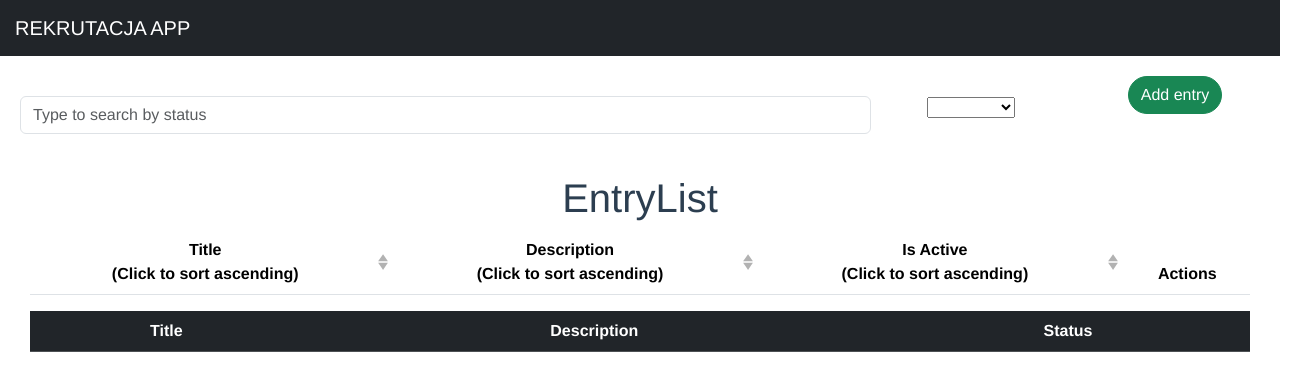
Repository: Madaless/vue_elastic
Page: / (app in vuejsapp/crudapp/)
These files come from the project's save history. The page is drawn as it stood at one moment and after the next save; the edit follows.
The browser window is 1280 px wide. The page is 1292 px wide, so the pictures cover 1292 px, including what lies to the right of the window. The pictures show the whole page.
The page's requests for data from a server got no answer. The project was rebuilt for these pictures with package versions that can differ from the ones it lists, and the page was loaded fresh each time. No one was signed in, and anything a server would have sent is missing.

Above is the page before, as saved 2021-09-12 17:23:28.

### vuejsapp/crudapp/src/main.js
import Vue from 'vue'
import App from './App.vue'
import store from  './store/index'
import { BootstrapVue, IconsPlugin } from 'bootstrap-vue'

// Import Bootstrap an BootstrapVue CSS files (order is important)
import 'bootstrap/dist/css/bootstrap.css'
import 'bootstrap-vue/dist/bootstrap-vue.css'

// Make BootstrapVue available throughout your project
Vue.use(BootstrapVue)
// Optionally install the BootstrapVue icon components plugin
Vue.use(IconsPlugin)

Vue.config.productionTip = false

new Vue({
  store,
  render: h => h(App),
}).$mount('#app')

### vuejsapp/crudapp/src/App.vue
<template>
  <div id="app">
    <b-navbar class="navbar navbar-expand navbar-dark bg-dark">
      <b-navbar-brand id="header" href="#">REKRUTACJA APP</b-navbar-brand>
    </b-navbar>

    <b-row id = "filterEntry">
      <b-col sm="10"><FilterEntry /></b-col>
      <b-col sm="2"><AddEntry /></b-col>
    </b-row>

    <EntryList />
  </div>
</template>

<script>
import AddEntry from "./components/AddEntry.vue";
import FilterEntry from "./components/FilterEntry.vue";
import EntryList from "./components/EntryList.vue";

export default {
  name: "App",
  components: {
    AddEntry,
    FilterEntry,
    EntryList,
  },
};
</script>

<style>
#app {
  font-family: Avenir, Helvetica, Arial, sans-serif;
  -webkit-font-smoothing: antialiased;
  -moz-osx-font-smoothing: grayscale;
  text-align: center;
  color: #2c3e50;
}
#header {
  padding-left: 15px;
}

#filterEntry {
    padding-top: 20px;
    padding-bottom: 20px;
    padding-left: 10px;
    padding-right: 10px;
}
</style>

### vuejsapp/crudapp/src/store/index.js
import Vuex from 'vuex';
import Vue from 'vue';
import entryList from './modules/entryList';

Vue.use(Vuex);

export default new Vuex.Store({
    modules: {
        entryList
    }
})

### vuejsapp/crudapp/src/components/AddEntry.vue
<template>
  <div>
    <b-button pill block variant="success">Add entry</b-button>
  </div>
</template>

<script>
export default {
  setup() {},
};
</script>

<style scoped>
</style>

### vuejsapp/crudapp/src/components/FilterEntry.vue
<template>
  <div>
    <b-row id="filterEntry">
      <b-col sm="10">
        <b-form-input
          id="filter-input"
          v-model="filter"
          type="search"
          placeholder="Type to search by status"
        ></b-form-input>
      </b-col>
      <b-col sm="2">
        <b-form-select
          id="sort-by-select"
          v-model="sortBy"
          :options="sortOptions"
          :aria-describedby="ariaDescribedby"
        >
          <template #first>
            <option value="">-- none --</option>
          </template>
        </b-form-select>
      </b-col>
    </b-row>
  </div>
</template>

<script>
export default {
  setup() {},
  data() {
    return {
      sortOptions: ["no", "yes"],
    };
  },
};
</script>

<style scoped>
</style>

### vuejsapp/crudapp/src/components/EntryList.vue
<template>
  <div id="entryList">
    <h1>EntryList</h1>

    <div class="todos">
      <b-table :items="entryList" :fields="fields">
        <template #cell(name)="row">
          {{ row.value.first }} {{ row.value.last }}
        </template>

        <template #cell(actions)="row">
          <b-button
            pill
            size="sm"
            @click="info(row.item, row.index, $event.target)"
            class="mr-1"
          >
            Info modal
          </b-button>
          <b-button size="sm" pill @click="row.toggleDetails">
            {{ row.detailsShowing ? "Hide" : "Show" }} Details
          </b-button>
          <b-button size="sm" pill block variant="danger"
            >Delete entry</b-button>
        </template>

        <template #row-details="row">
          <b-card>
            <ul>
              <li v-for="(value, key) in row.item" :key="key">
                {{ key }}: {{ value }}
              </li>
            </ul>
          </b-card>
        </template>
      </b-table>
      <table class="table table-striped table-dark">
        <thead>
          <tr>
            <th>Title</th>
            <th>Description</th>
            <th>Status</th>
          </tr>
        </thead>
        <tbody>
          <tr v-for="entry in entryList" v-bind:key="entry.key">
            <td>{{ entry.title }}</td>
          </tr>
        </tbody>
      </table>
    </div>
  </div>
</template>

<script>
import { mapGetters, mapActions } from "vuex";

export default {
  name: "EntryList",
  methods: {
    ...mapActions(["fetchEntryList"]),
  },
  computed: mapGetters(["entryList"]),
  created() {
    this.fetchEntryList();
  },
  data() {
    return {
      items: [
        {
          isActive: true,
          age: 40,
          name: { first: "Dickerson", last: "Macdonald" },
        },
        { isActive: false, age: 21, name: { first: "Larsen", last: "Shaw" } },
        {
          isActive: false,
          age: 9,
          name: { first: "Mini", last: "Navarro" },
          _rowVariant: "success",
        },
        { isActive: false, age: 89, name: { first: "Geneva", last: "Wilson" } },
        { isActive: true, age: 38, name: { first: "Jami", last: "Carney" } },
        { isActive: false, age: 27, name: { first: "Essie", last: "Dunlap" } },
        { isActive: true, age: 40, name: { first: "Thor", last: "Macdonald" } },
        {
          isActive: true,
          age: 87,
          name: { first: "Larsen", last: "Shaw" },
          _cellVariants: { age: "danger", isActive: "warning" },
        },
        { isActive: false, age: 26, name: { first: "Mitzi", last: "Navarro" } },
        {
          isActive: false,
          age: 22,
          name: { first: "Genevieve", last: "Wilson" },
        },
        { isActive: true, age: 38, name: { first: "John", last: "Carney" } },
        { isActive: false, age: 29, name: { first: "Dick", last: "Dunlap" } },
      ],
      fields: [
        {
          key: "title",
          label: "Title",
          sortable: true,
          sortDirection: "desc",
        },
        {
          key: "description",
          label: "Description",
          sortable: true,
          class: "text-center",
        },
        {
          key: "isActive",
          label: "Is Active",
          formatter: (value) => {
            return value ? "Yes" : "No";
          },
          sortable: true,
          sortByFormatted: true,
          filterByFormatted: true,
        },
        { key: "actions", label: "Actions" },
      ],
    };
  },
};
</script>

<style scoped>
#entryList {
  padding-left: 30px;
  padding-right: 30px;
}
</style>

### vuejsapp/crudapp/src/store/modules/entryList.js
import axios from 'axios';

const state = {
  entryList: []
};
// get the state
const getters = {
  entryList: (state) => {
    return state.entryList
  }
};

const actions = {
    // fetch from api
  async fetchEntryList({ commit }) {
    const response = await axios.get('https://jsonplaceholder.typicode.com/todos');

    commit('setEntryList', response.data);
  }
}

const mutations = {
    setEntryList: (state, entryList) => (state.entryList = entryList)
};

export default {
    state,
    getters,
    actions,
    mutations
};

Loaded but not shown: vuejsapp/crudapp/public/index.html (common file)

After the next save:
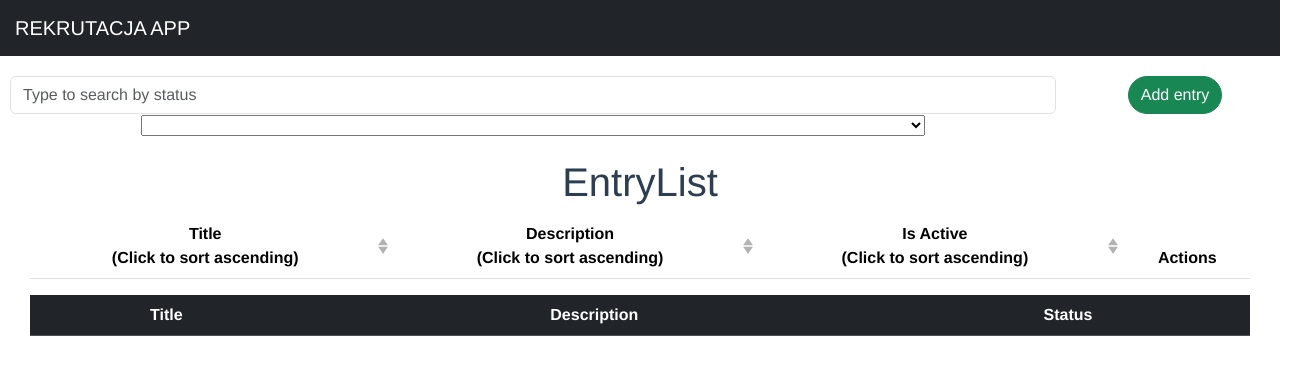
Saved 92 s later.
--- a/vuejsapp/crudapp/src/components/FilterEntry.vue
+++ b/vuejsapp/crudapp/src/components/FilterEntry.vue
@@ -1,27 +1,23 @@
 <template>
   <div>
-    <b-row id="filterEntry">
-      <b-col sm="10">
-        <b-form-input
-          id="filter-input"
-          v-model="filter"
-          type="search"
-          placeholder="Type to search by status"
-        ></b-form-input>
-      </b-col>
-      <b-col sm="2">
-        <b-form-select
-          id="sort-by-select"
-          v-model="sortBy"
-          :options="sortOptions"
-          :aria-describedby="ariaDescribedby"
-        >
-          <template #first>
-            <option value="">-- none --</option>
-          </template>
-        </b-form-select>
-      </b-col>
-    </b-row>
+    <b-form-input
+      id="filter-input"
+      v-model="filter"
+      type="search"
+      placeholder="Type to search by status"
+    ></b-form-input>
+
+    <b-form-select
+      id="sort-by-select"
+      v-model="sortBy"
+      :options="sortOptions"
+      :aria-describedby="ariaDescribedby"
+      class="w-75">
+      <template #first>
+        <option value="">-- none --</option>
+      </template>
+    </b-form-select>
+
   </div>
 </template>
 
@@ -29,10 +25,10 @@
 export default {
   setup() {},
   data() {
-    return {
-      sortOptions: ["no", "yes"],
-    };
-  },
+      return {
+          sortOptions: ["no","yes"]
+      }
+  }
 };
 </script>
 
